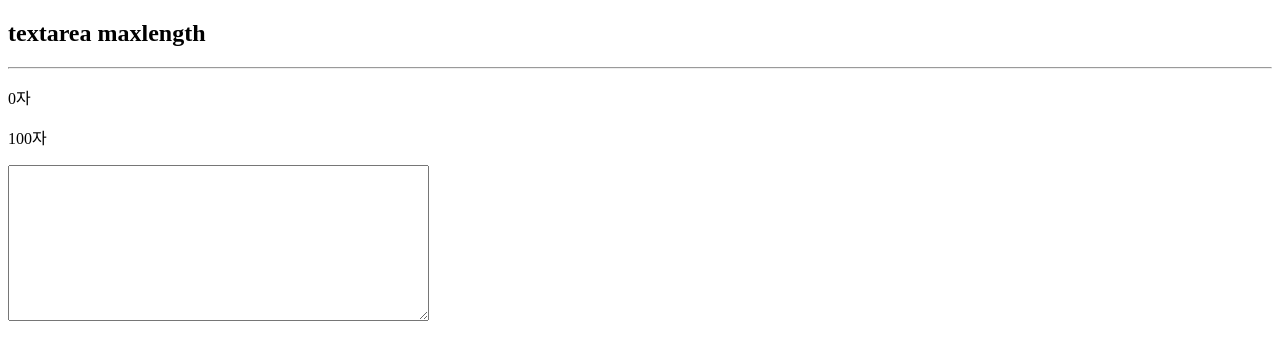
Repository: dongseon-git/WEB_JSP
Page: http://localhost/studyhtml5/board/textareaMaxLength.jsp
The author's editor kept a copy of each file at every save. The page is drawn from the files as they stood at one save, then again after the next save.
The browser window is 1280 px wide. The pictures show the whole page.
The page is served by Tomcat 9.

Above is the page before, as saved 2022-05-19 02:28:31.

After the next save:
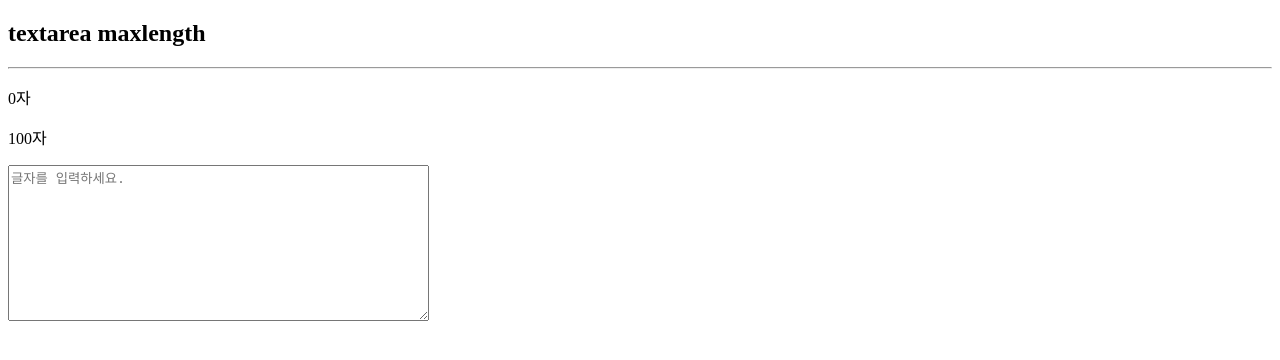
Saved 4 min 13 s later.
--- a/workspace/studyhtml5/WebContent/board/textareaMaxLength.jsp
+++ b/workspace/studyhtml5/WebContent/board/textareaMaxLength.jsp
@@ -35,9 +35,13 @@
 <p class ="textTotal">100자</p>
 </div>
 </div>
-<textarea rows="10" cols="50" maxlength="100"></textarea>
+<textarea rows="10" cols="50" maxlength="100" id="textBox" placeholder="글자를 입력하세요."></textarea>
 <script type="text/javascript">
+//keyboard event keyup
+$('#textBox').on('keyup', function(){
+	console.log('#textBox keyup');
 
+});
 </script>
 </body>
 </html>
